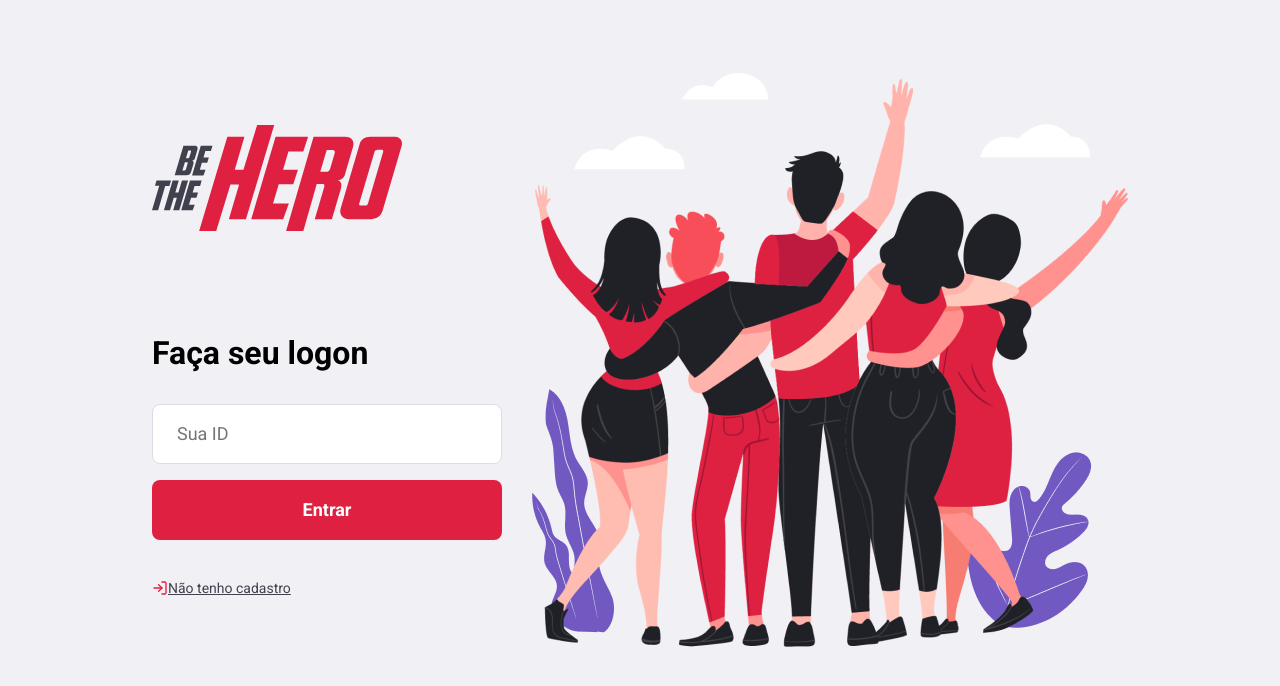
Repository: pedroevangelista/be-the-hero
Page: / (app in frontend/)
The author's editor kept a copy of each file at every save. The page is drawn from the files as they stood at one save, then again after the next save.
The browser window is 1280 px wide. The pictures show the whole page.
The project was rebuilt for these pictures with package versions that can differ from the ones it lists, and the page was loaded fresh each time.

Above is the page before, as saved 2020-03-25 12:28:05.

After the next save:
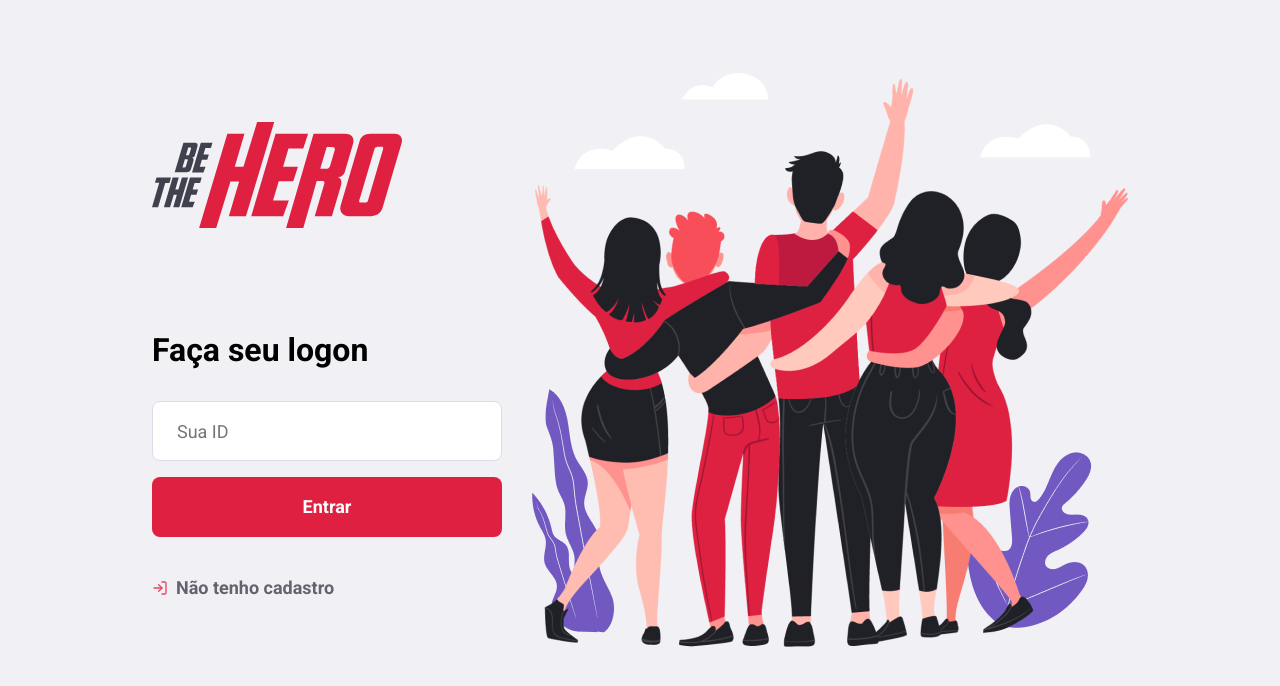
Saved 111 s later.
--- a/frontend/src/pages/Logon/styles.css
+++ b/frontend/src/pages/Logon/styles.css
@@ -28,4 +28,16 @@
     align-items: center;
     margin-top: 40px;
     color: #41414d;
+    font-size: 18px;
+    text-decoration: none;
+    font-weight: bold;
+    transition: opacity 0.2s;
 }
+
+.logon-container section.form form svg {
+    margin-right: 8px;
+}
+
+.logon-container section.form form a {
+    opacity: 0.8;
+}
